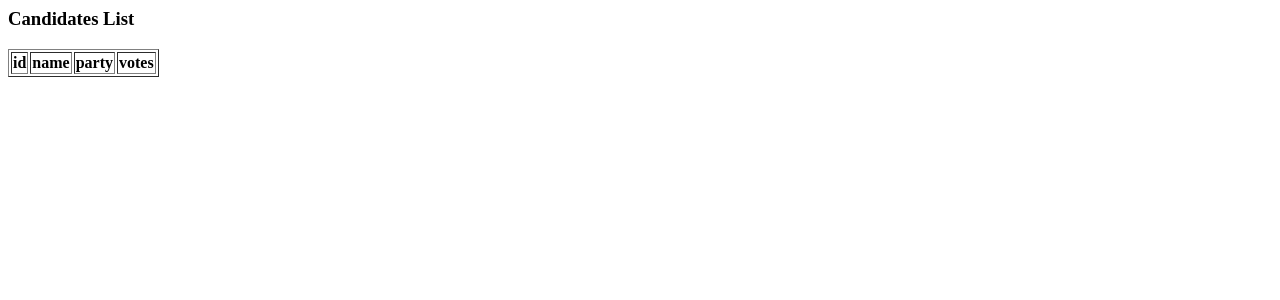
Repository: bhageshchincholi/AdvanceJava
Page: http://localhost/Election/result
An editor plug-in stored every save of this project. The page is shown before and after the next save, followed by the edit.
The browser window is 1280 px wide. The pictures show the whole page.
The page is served by Tomcat 9. Other server files are loaded and not shown. Queries for data that is not in the repository find no rows.

Above is the page before, as saved 2024-06-09 10:05:29.

### Election/Election/src/main/java/com/election/Servlets/ResultServlet.java
package com.election.Servlets;

import java.io.IOException;
import java.io.PrintWriter;
import java.util.ArrayList;
import java.util.List;

import javax.servlet.ServletException;
import javax.servlet.annotation.WebServlet;
import javax.servlet.http.Cookie;
import javax.servlet.http.HttpServlet;
import javax.servlet.http.HttpServletRequest;
import javax.servlet.http.HttpServletResponse;

import com.election.DAO.CandidateDAO;
import com.election.DAO.CandidateDaoImpl;
import com.election.entity.Candidate;

//@WebServlet("/result");
public class ResultServlet extends HttpServlet{

	@Override
	protected void doGet(HttpServletRequest request, HttpServletResponse response) throws ServletException, IOException {
		processRequest(request, response);
	}

	@Override
	protected void doPost(HttpServletRequest request, HttpServletResponse resposnse) throws ServletException, IOException {
		processRequest(request, resposnse);
	}

	protected  void processRequest(HttpServletRequest request,HttpServletResponse response) throws ServletException , IOException
	{
		List<Candidate> candidateList = new ArrayList<Candidate>();
		try(CandidateDAO candidate = new CandidateDaoImpl())
		{
			candidateList = candidate.findAll();
		}
		catch (Exception e) {
			e.printStackTrace();
			throw new ServletException(e);
		}
		response.setContentType("text/html");
		PrintWriter out = response.getWriter();
		out.println("<html>");
		out.println("<head>");
		out.println("<title>Candidates Result</title>");
		out.println("</head>");
		out.println("<body>");
		out.println("<h3>Candidates List</h3>");
//
//		String userName = "";
//		Cookie[] arr = request.getCookies();

//		if(arr != null)
//		{
//			for(Cookie c :arr)
//			{
//				if(c.getName().equals("uname"))
//				{
//					userName = c.getValue();
//					break;
//				}
//			}
//		}
//
//		out.printf("Hello , %s<hr/>\n",userName);
		out.println("<table border = '1'>");
		out.println("<thead>");
		out.println("<th>id</th>");
		out.println("<th>name</th>");
		out.println("<th>party</th>");
		out.println("<th>votes</th>");
		out.println("</thead>");
		out.println("<tbody>");
		for(Candidate c: candidateList)
		{
			out.println("<tr>");
			out.printf("<td>%d</td>\n",c.getId());
			out.printf("<td>%s</td>\n",c.getName());
			out.printf("<td>%s</td>\n",c.getParty());
			out.printf("<td>%d</td>\n",c.getVotes());
			out.println("</tr>");
		}
		out.println("</tbody>");
		out.println("</table>");
		out.println("</body>");
		out.println("</html>");
	}
}

### Election/Election/src/main/java/com/election/DAO/DAO.java
package com.election.DAO;

import java.sql.Connection;
import java.sql.SQLException;

import com.election.utils.DBUtil;

public class DAO {

	protected Connection connection;
	public DAO() throws Exception {
		connection = DBUtil.getConnection();
	}
	public void close() {
		try {
			if(connection != null)
				connection.close();
		} catch (SQLException e) {
			e.printStackTrace();
		}
	}
}

### Election/Election/src/main/java/com/election/DAO/CandidateDaoImpl.java
package com.election.DAO;

import java.sql.PreparedStatement;
import java.sql.ResultSet;
import java.util.ArrayList;
import java.util.List;

import com.election.entity.Candidate;
public class CandidateDaoImpl extends DAO implements CandidateDAO {

	public CandidateDaoImpl() throws Exception {
	}
	public int deleteById(int id) throws Exception {
		String sql = "DELETE FROM candidates WHERE id=?";
		try(PreparedStatement stmt = connection.prepareStatement(sql)) {
			stmt.setInt(1, id);
			int cnt = stmt.executeUpdate();
			return cnt;
		} //stmt.close();
	}
	public List<Candidate> findAll() throws Exception {
		List<Candidate> list = new ArrayList<>();
		String sql = "SELECT * FROM candidates";
		try(PreparedStatement stmt = connection.prepareStatement(sql)) {
			try(ResultSet rs = stmt.executeQuery()) {
				while(rs.next()) {
					int id = rs.getInt("id");
					String name = rs.getString("name");
					String party = rs.getString("party");
					int votes = rs.getInt("votes");
					Candidate c = new Candidate(id, name, party, votes);
					list.add(c);
				}
			} // rs.close();
		} // stmt.close();
		return list;
	}
	public int incrementVote(int candidateId) throws Exception {
		String sql = "UPDATE candidates SET votes=votes+1 WHERE id=?";
		try(PreparedStatement stmt = connection.prepareStatement(sql)) {
			stmt.setInt(1, candidateId);
			int cnt = stmt.executeUpdate();
			return cnt;
		} //stmt.close();
	}
	public List<Candidate> findByParty(String givenParty) throws Exception {
		List<Candidate> list = new ArrayList<>();
		String sql = "SELECT * FROM candidates WHERE party=?";
		try(PreparedStatement stmt = connection.prepareStatement(sql)) {
			stmt.setString(1, givenParty);
			try(ResultSet rs = stmt.executeQuery()) {
				while(rs.next()) {
					int id = rs.getInt("id");
					String name = rs.getString("name");
					String party = rs.getString("party");
					int votes = rs.getInt("votes");
					Candidate c = new Candidate(id, name, party, votes);
					list.add(c);
				}
			} // rs.close();
		} // stmt.close();
		return list;
	}
	public int save(Candidate c) throws Exception {
		String sql = "INSERT INTO candidates VALUES(default, ?, ?, ?)";
		try(PreparedStatement stmt = connection.prepareStatement(sql)) {
			stmt.setString(1, c.getName());
			stmt.setString(2, c.getParty());
			stmt.setInt(3, c.getVotes());
			return stmt.executeUpdate();
		} // stmt.close();
	}
	public int update(Candidate c) throws Exception {
		String sql = "UPDATE candidates SET name=?, party=?, votes=? WHERE id=?";
		try(PreparedStatement stmt = connection.prepareStatement(sql)) {
			stmt.setString(1, c.getName());
			stmt.setString(2, c.getParty());
			stmt.setInt(3, c.getVotes());
			stmt.setInt(4, c.getId());
			return stmt.executeUpdate();
		} // stmt.close();
	}
	public List<Candidate> getCandidatewiseVotes() throws Exception {
		List<Candidate> list = new ArrayList<>();
		String sql = "SELECT * FROM candidates ORDER BY votes DESC";
		try(PreparedStatement stmt = connection.prepareStatement(sql)) {
			try(ResultSet rs = stmt.executeQuery()) {
				while(rs.next()) {
					int id = rs.getInt("id");
					String name = rs.getString("name");
					String party = rs.getString("party");
					int votes = rs.getInt("votes");
					Candidate c = new Candidate(id, name, party, votes);
					list.add(c);
				}
			} // rs.close();
		} // stmt.close();
		return list;
	}
}

### Election/Election/src/main/java/com/election/utils/DBUtil.java
package com.election.utils;

import java.sql.Connection;
import java.sql.DriverManager;
import java.sql.SQLException;

public class DBUtil {

	public static final String DB_DRIVER = "com.mysql.cj.jdbc.Driver";
	public static final String DB_URL = "jdbc:mysql://localhost:3306/electiondb";
	public static final String DB_USER = "root";
	public static final String DB_PASSWD = "manager";


	//  if db driver is not present then it will exit
	static {
		try {
			Class.forName(DB_DRIVER);
		} catch (ClassNotFoundException e) {
			e.printStackTrace();
			System.exit(1);
		}
	}

	public static Connection getConnection() throws SQLException {
		Connection connection = DriverManager.getConnection(DB_URL, DB_USER, DB_PASSWD);
		return connection;
	}

}

After the next save:
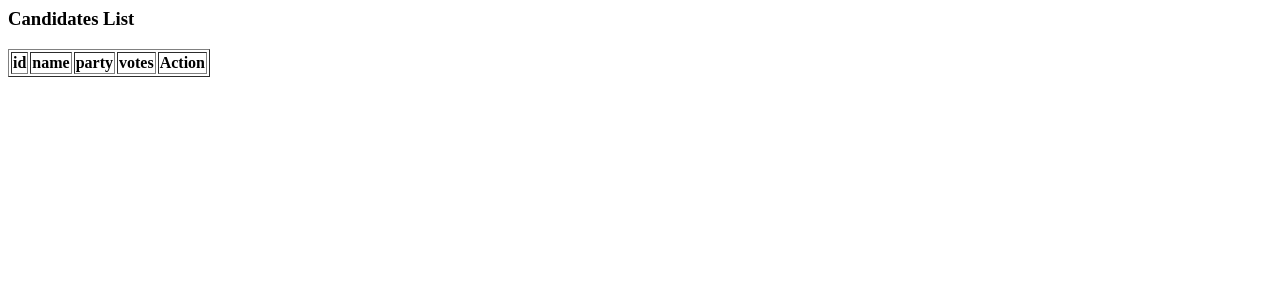
Saved 72 s later.
--- a/Election/Election/src/main/java/com/election/Servlets/ResultServlet.java
+++ b/Election/Election/src/main/java/com/election/Servlets/ResultServlet.java
@@ -71,6 +71,7 @@ public class ResultServlet extends HttpServlet{
 		out.println("<th>name</th>");
 		out.println("<th>party</th>");
 		out.println("<th>votes</th>");
+		out.println("<th>Action</th>");
 		out.println("</thead>");
 		out.println("<tbody>");
 		for(Candidate c: candidateList)
